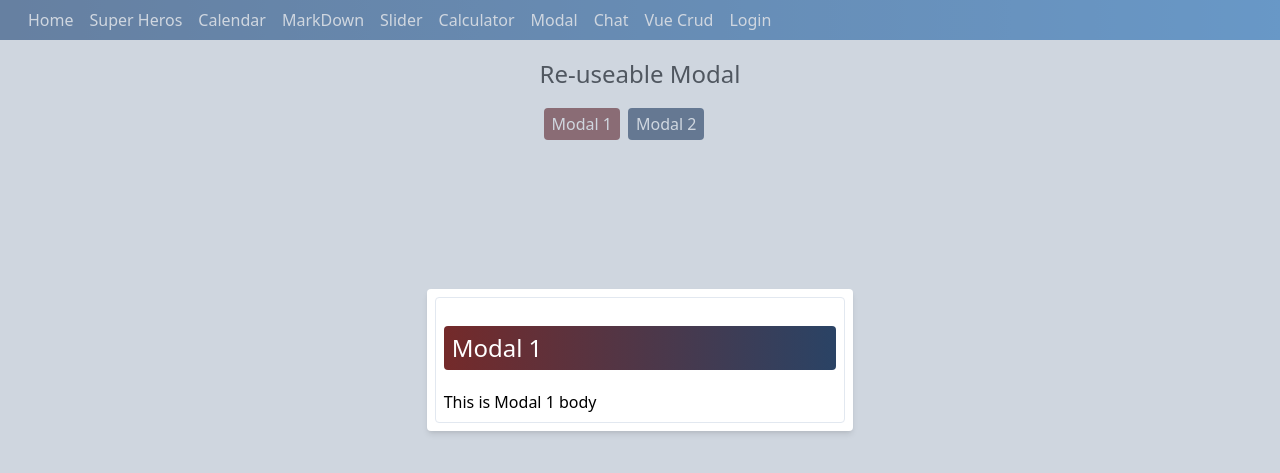
Repository: kshvkndl/VueFullCoursePractice
Page: /reusable-modal, after clicking the first element matching `button.bg-red-900`
The author's editor kept a copy of each file at every save. The page is drawn from the files as they stood at one save, then again after the next save.
The browser window is 1280 px wide. The pictures show the whole page.
The page's requests for data from a server got no answer. The project was rebuilt for these pictures with package versions that can differ from the ones it lists, and the page was loaded fresh each time. No one was signed in, and anything a server would have sent is missing. Also part of the build but not shown: src/components/login/GoogleLogin.vue, src/pages/SuperHeros.vue, src/pages/Calender.vue, src/pages/Home.vue, src/utilities/composition/useDebounce.js, src/pages/MarkDown.vue, src/pages/Slider.vue, src/utilities/composition/useWindowEvent.js and 4 more.

Above is the page before, as saved 2020-11-26 17:35:55.

### src/main.js
import { createApp } from 'vue'
import App from './App.vue'
import './assets/style.css'
import router from './router'
import store from './store/index'

const app = createApp(App);
app.use(router);
app.use(store);
app.mount('#app');

### src/App.vue
<template>
  <AppHeader></AppHeader>
  <div class="w-full flex">
    <router-view></router-view>
  </div>
  <LoginModal></LoginModal>
  <calculator></calculator>
</template>

<script>
import AppHeader from "@/components/AppHeader";
import LoginModal from "@/components/LoginModal";
import firebase from "@/utilities/firebase";

export default {
  mounted() {
    firebase.auth().onAuthStateChanged((user) => {
      if (user) {
        this.$store.commit("setIsLoggedIn", true);
        this.$store.commit("setAuthUser", user);

        // User is signed in, see docs for a list of available properties
        // https://firebase.google.com/docs/reference/js/firebase.User

        // ...
      } else {
        // User is signed out
        // ...
        this.$store.commit("setIsLoggedIn", false);
        this.$store.commit("setAuthUser", {});
      }
    });
  },
  components: { AppHeader, LoginModal },
};
</script>

### src/router.js
import { createRouter, createWebHistory } from 'vue-router';
import SuperHeros from '@/pages/SuperHeros'
import Calender from '@/pages/Calender'
import Home from '@/pages/Home'
import MarkDown from '@/pages/MarkDown'
import Slider from '@/pages/Slider'
import Calculator from '@/pages/Calculator'
import ReusableModal from '@/pages/ReusableModal'
import Chat from '@/pages/Chat'
import store from './store/index'

import UserCrud from '@/pages/UserCrud'

const routes = [
    { path: '/', component: Home },
    { path: '/super-heros', component: SuperHeros },
    { path: '/calendar', component: Calender },
    { path: '/markdown', component: MarkDown },
    { path: '/slider-carousel', component: Slider },
    { path: '/calculator', component: Calculator, meta: { middleware: 'auth' }, },
    { path: '/reusable-modal', component: ReusableModal },
    {
        path: '/chat',
        component: Chat,
        meta: { middleware: 'auth' },
    },
    { path: '/vue-crud', component: UserCrud },
]

const router = createRouter({
    history: createWebHistory(),
    routes,
});

router.beforeEach((to, _, next) => {
    if (to.meta.middleware) {
        const middleware = require(`./middleware/${to.meta.middleware}`);
        if (middleware) {
            middleware.default(next, store);
        } else {
            next();
        }
    } else {
        next();
    }
});

export default router;

### src/store/index.js
import { createStore } from 'vuex';

const store = createStore({
    state() {
        return {
            isLoggedIn: false,
            authUser: {},
            isLoginOpen: false,
        }
    },

    mutations: {
        setIsLoggedIn(state, payload) {
            state.isLoggedIn = payload;
        },

        setAuthUser(state, payload) {
            state.authUser = payload;
        },
        setLoginModal(state, payload) {
            state.isLoginOpen = payload;
        }
    }
})

export default store;

### src/components/AppHeader.vue
<template>
  <nav
    class="w-full bg-gradient-to-r from-blue-800 to-blue-600 text-white px-5 py-2"
  >
    <router-link
      class="mx-2"
      v-for="item in list"
      :key="item.to"
      :to="item.to"
      >{{ item.title }}</router-link
    >
    <button v-if="isLoggedIn" class="mx-2" @click="logout">Logout</button>
    <button class="mx-2" v-else @click="openLogin">Login</button>
  </nav>
</template>


<script>
import firebase from "@/utilities/firebase";

export default {
  data() {
    return {
      list: [
        { title: "Home", to: "/" },
        { title: "Super Heros", to: "/super-heros" },
        { title: "Calendar", to: "/calendar" },
        { title: "MarkDown", to: "/markdown" },
        { title: "Slider", to: "/slider-carousel" },
        { title: "Calculator", to: "/calculator" },
        { title: "Modal", to: "/reusable-modal" },
        { title: "Chat", to: "/chat" },
        { title: "Vue Crud", to: "/vue-crud" },
      ],
    };
  },

  computed: {
    isLoggedIn() {
      return this.$store.state.isLoggedIn;
    },
  },

  methods: {
    logout() {
      firebase.auth().signOut();
      // .then((res) => {})
      // .catch((e) => {});
    },
    openLogin() {
      this.$store.commit("setLoginModal", true);
    },
  },
};
</script>

### src/components/LoginModal.vue
<template>
  <div v-if="isLoginOpen">
    <section
      @click="closeModal"
      class="h-screen w-screen bg-gray-500 fixed top-0 opacity-50 z-10"
    ></section>
    <div class="absolute inset-0">
      <div class="flex h-full">
        <div class="z-20 m-auto bg-white p-2 rounded shadow-md w-1/3">
          <div class="p-2 border rounded">
            <h1 class="text-center text-xl">Login Form</h1>
            <GoogleLogin @close-modal-from-google="closeModal"></GoogleLogin>

            <form class="p-2 m-2" @submit.prevent="submitLogin">
              <div class="my-4">
                <label for="">Email or Username</label>
                <input
                  type="text"
                  class="rounded shadow p-2 w-full"
                  v-model="loginForm.email"
                  placeholder="Enter Your Email or User Name"
                  ref="emailRef"
                />
              </div>
              <div class="my-4">
                <label for="">Password</label>
                <input
                  type="Password"
                  class="rounded shadow p-2 w-full"
                  v-model="loginForm.password"
                  placeholder="Enter Your Password"
                  ref="passwordRef"
                />
              </div>
              <div class="my-4">
                <button
                  type="submit"
                  class="w-full rounded shadow-md bg-gradient-to-r from-red-800 to-pink-800 text-white p-2"
                >
                  <span v-if="isLoading"> <b>...</b> </span>
                  <span v-else>Login</span>
                </button>
              </div>
            </form>
          </div>
        </div>
      </div>
    </div>
  </div>
</template>

<script>
import firebase from "@/utilities/firebase";
import GoogleLogin from "@/components/login/GoogleLogin";

export default {
  components: { GoogleLogin },

  computed: {
    isLoginOpen() {
      return this.$store.state.isLoginOpen;
    },
  },
  data() {
    return {
      loginForm: {
        email: "admin@admin.com",
        password: "admin@123",
      },
      isLoading: false,
    };
  },

  mounted() {
    // this.$refs.emailRef.focus();
  },

  methods: {
    submitLogin() {
      this.isLoading = true;
      firebase
        .auth()
        .signInWithEmailAndPassword(
          this.loginForm.email,
          this.loginForm.password
        )
        .then(() => {
          this.isLoading = false;
          this.loginForm.email = "";
          this.loginForm.password = "";
          this.closeModal();
        })
        .catch(() => {
          this.isLoading = false;
        });
    },
    closeModal() {
      this.$store.commit("setLoginModal", false);
    },
  },
};
</script>

### src/utilities/firebase.js
import firebase from "firebase/app";
import "firebase/auth";
import "firebase/database";

//Initialize Firebase in your app:
const firebaseConfig = {
    apiKey: "AIzaSyDjvIW3oj4Y3b7An_zw7nLTcy3s7ri5iV8",
    authDomain: "vue3-10hr-course.firebaseapp.com",
    databaseURL: "https://vue3-10hr-course.firebaseio.com",
    projectId: "vue3-10hr-course",
    storageBucket: "vue3-10hr-course.appspot.com",
    messagingSenderId: "142849199726",
    appId: "1:142849199726:web:1e3863fc8388efd1ade07f"
};

// Initialize Firebase
firebase.initializeApp(firebaseConfig);

const db = firebase.database();
export const chatsRef = db.ref("chats");

export default firebase;

### src/pages/ReusableModal.vue
<template>
  <section class="flex w-full">
    <div class="m-auto">
      <h1 class="text-2xl my-4 text-center">Re-useable Modal</h1>
      <Modal v-if="isModal1Open" @close-modal="isModal1Open = false">
        <template #title>
          <h2>Modal 1</h2>
        </template>
        <template #body>
          <h2>This is Modal 1 body</h2>
        </template>
      </Modal>
      <Modal v-if="isModal2Open" @close-modal="isModal2Open = false">
        <template #title>
          <h2>Modal 2</h2>
        </template>
        <template #body>
          <h2>This is Modal 2 body</h2>
        </template>
      </Modal>
      <button
        @click="isModal1Open = true"
        class="bg-red-900 px-2 py-1 text-white rounded mx-1"
      >
        Modal 1
      </button>
      <button
        @click="isModal2Open = true"
        class="bg-blue-900 px-2 py-1 text-white rounded mx-1"
      >
        Modal 2
      </button>
    </div>
  </section>
</template>

<script>
import Modal from "@/components/Modal";
import { ref } from "vue";
export default {
  components: { Modal },
  setup() {
    const isModal1Open = ref(false);
    const isModal2Open = ref(false);

    return { isModal1Open, isModal2Open };
  },
};
</script>

### src/components/Modal.vue
<template>
  <section
    @click="close"
    class="h-screen w-screen bg-gray-500 fixed top-0 left-0 opacity-50 z-10"
  ></section>
  <div class="absolute inset-0">
    <div class="flex h-full">
      <div class="z-20 m-auto bg-white p-2 rounded shadow-md w-1/3">
        <div class="p-2 border rounded">
          <div
            class="bg-gradient-to-r from-red-900 to-blue-900 text-white w-full px-2 rounded py-1 my-5"
          >
            <h1 class="text-2xl">
              <slot name="title"> </slot>
            </h1>
          </div>

          <main>
            <slot name="body"> </slot>
          </main>
        </div>
      </div>
    </div>
  </div>
</template>

<script>
export default {
  setup(_, { emit }) {
    function close() {
      emit("close-modal");
    }

    return { close };
  },
};
</script>

Loaded but not shown: public/index.html (common file); src/assets/style.css (common file); tailwind.config.js (common file)

After the next save:
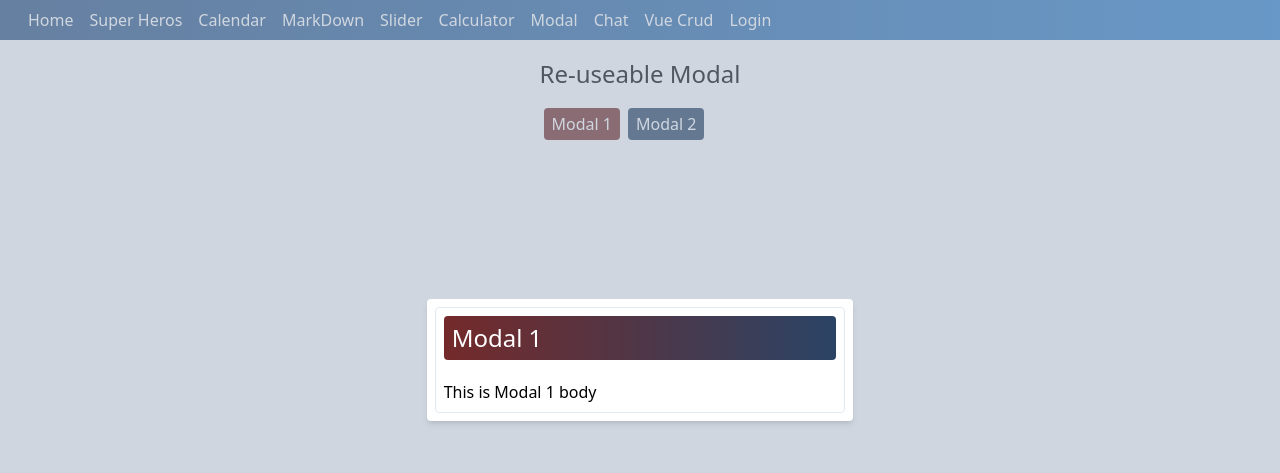
Saved 6 s later.
--- a/src/components/Modal.vue
+++ b/src/components/Modal.vue
@@ -8,7 +8,7 @@
       <div class="z-20 m-auto bg-white p-2 rounded shadow-md w-1/3">
         <div class="p-2 border rounded">
           <div
-            class="bg-gradient-to-r from-red-900 to-blue-900 text-white w-full px-2 rounded py-1 my-5"
+            class="bg-gradient-to-r from-red-900 to-blue-900 text-white w-full px-2 rounded py-1 mb-5"
           >
             <h1 class="text-2xl">
               <slot name="title"> </slot>
